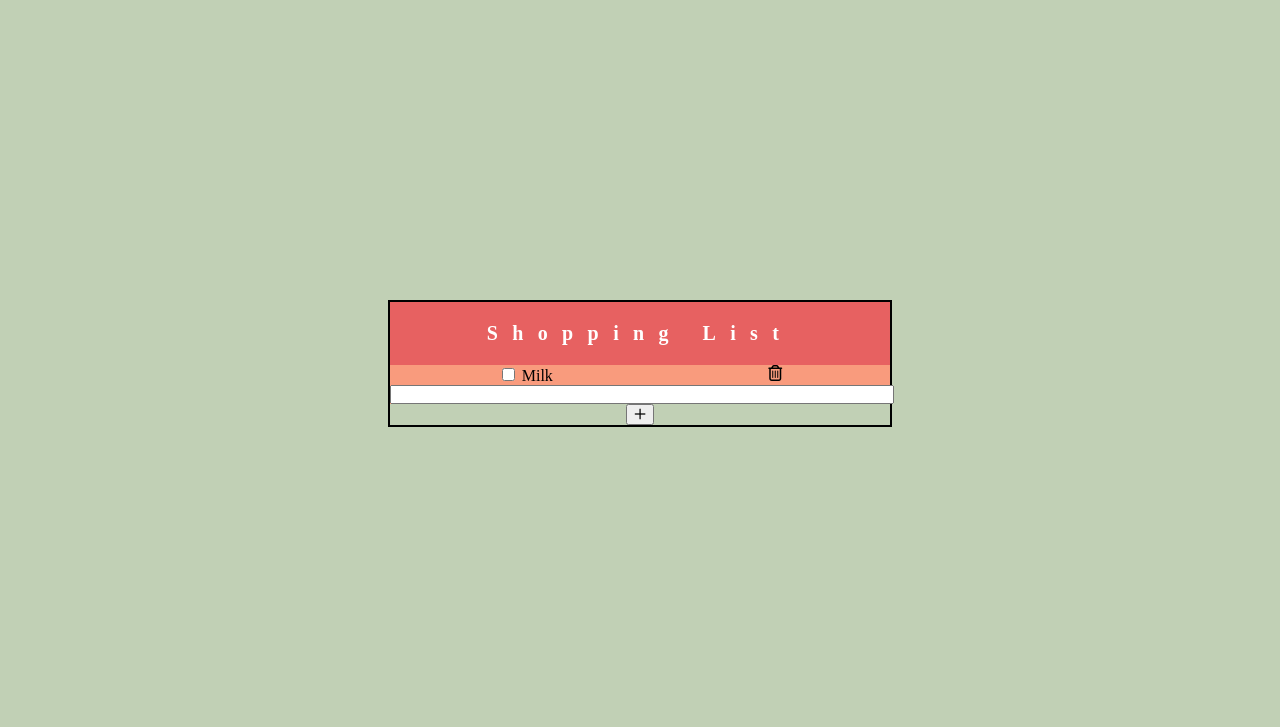
Repository: sephinejo/shopping-list-app
Page: index.html
An editor plug-in stored every save of this project. The page is shown before and after the next save, followed by the edit.
The browser window is 1280 px wide. The pictures show the whole page.
Some web fonts or font styles are not loaded; a fallback is used. Some web libraries are served in a nearby version.

Above is the page before, as saved 2023-05-11 22:25:23.

After the next save:
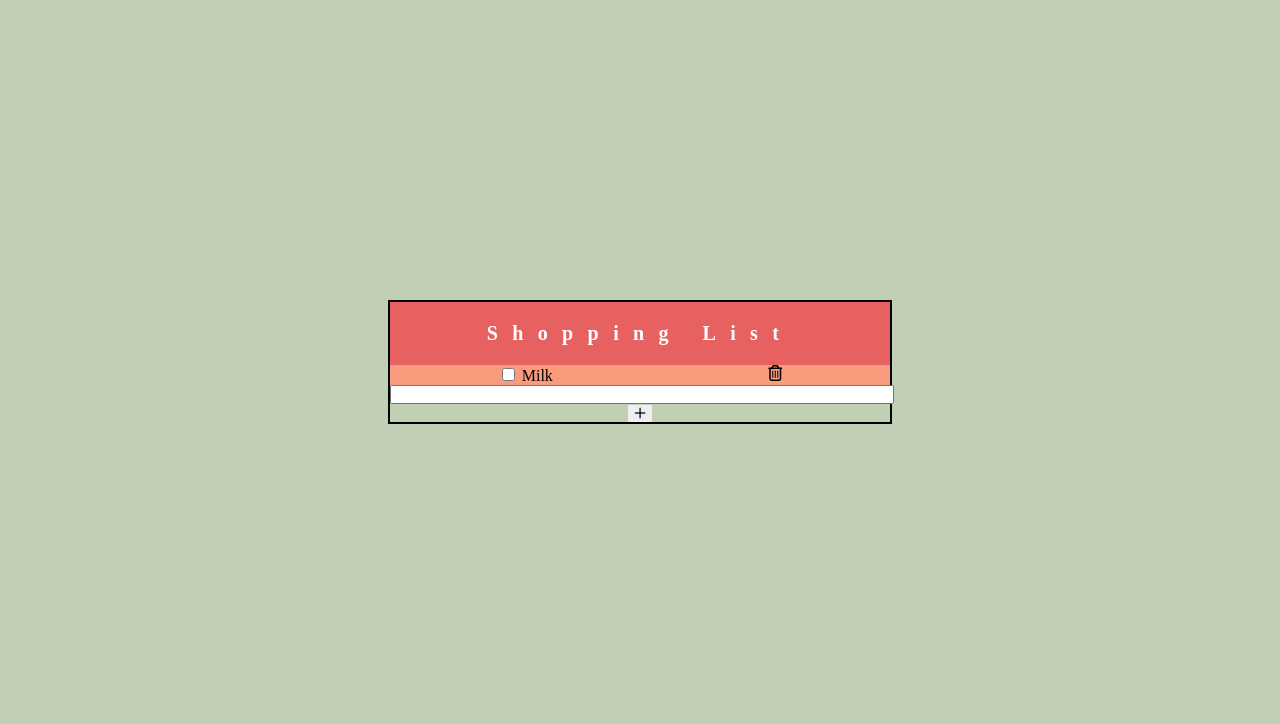
Saved 4 s later.
--- a/style.css
+++ b/style.css
@@ -45,5 +45,5 @@ li {
 }
 
 button {
-  outline-style: none;
+  border-style: none;
 }
